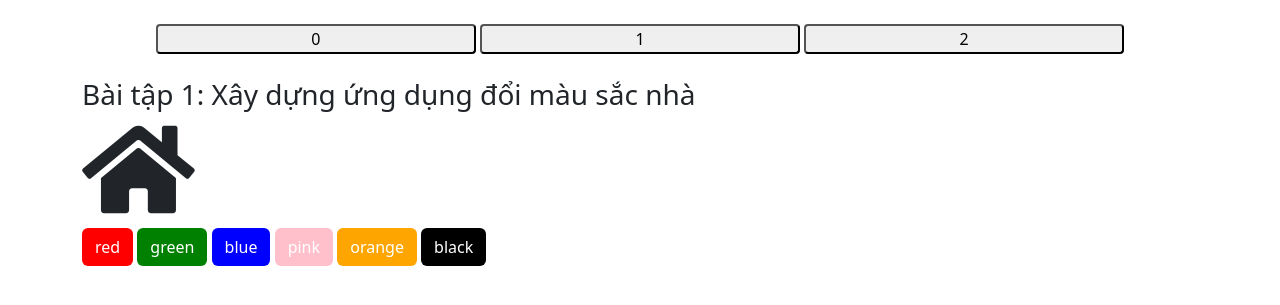
Repository: hcozyph/CyberSoft_Bai_Tap_Tren_Lop
Page: ES6/ES6_BASIC/index.html
The author's editor kept a copy of each file at every save. The page is drawn from the files as they stood at one save, then again after the next save.
The browser window is 1280 px wide. The pictures show the whole page.
After loading, the first visible `button.btn` was clicked once.
Some web libraries are served in a nearby version.

Above is the page before, as saved 2023-03-19 11:39:33.

### ES6/ES6_BASIC/index.html
<!DOCTYPE html>
<html lang="en">
    <head>
        <title>ES6-BASIC</title>
        <!-- Required meta tags -->
        <meta charset="utf-8" />
        <meta
            name="viewport"
            content="width=device-width, initial-scale=1, shrink-to-fit=no"
        />

        <link
            rel="stylesheet"
            href="https://use.fontawesome.com/releases/v5.1.1/css/all.css"
            integrity="sha384-O8whS3fhG2OnA5Kas0Y9l3cfpmYjapjI0E4theH4iuMD+pLhbf6JI0jIMfYcK3yZ"
            crossorigin="anonymous"
        />
        <!-- Bootstrap CSS v5.2.1 -->
        <link
            href="https://cdn.jsdelivr.net/npm/bootstrap@5.2.1/dist/css/bootstrap.min.css"
            rel="stylesheet"
            integrity="sha384-iYQeCzEYFbKjA/T2uDLTpkwGzCiq6soy8tYaI1GyVh/UjpbCx/TYkiZhlZB6+fzT"
            crossorigin="anonymous"
        />
    </head>

    <body>
        <div class="text-center my-4">
            <button class="w-25 rounded-1">0</button>
            <button class="w-25 rounded-1">1</button>
            <button class="w-25 rounded-1">2</button>
        </div>

        <div class="container">
            <h3>Bài tập 1: Xây dựng ứng dụng đổi màu sắc nhà</h3>
            <i class="fa fa-home" id="home" style="font-size: 100px"></i>

            <div id="colors" class="mt-2">
                <button class="btn text-white" style="background-color: red">
                    Red
                </button>
            </div>
        </div>

        <!-- Bootstrap JavaScript Libraries -->
        <script
            src="https://cdn.jsdelivr.net/npm/@popperjs/core@2.11.6/dist/umd/popper.min.js"
            integrity="sha384-oBqDVmMz9ATKxIep9tiCxS/Z9fNfEXiDAYTujMAeBAsjFuCZSmKbSSUnQlmh/jp3"
            crossorigin="anonymous"
        ></script>

        <script
            src="https://cdn.jsdelivr.net/npm/bootstrap@5.2.1/dist/js/bootstrap.min.js"
            integrity="sha384-7VPbUDkoPSGFnVtYi0QogXtr74QeVeeIs99Qfg5YCF+TidwNdjvaKZX19NZ/e6oz"
            crossorigin="anonymous"
        ></script>
        <script type="module" src="./index.js"></script>
    </body>
</html>

### ES6/ES6_BASIC/index.js
/*-------  Cơ chế khai báo biến ------ */

/*
PHẠM VI BIẾN
- var: Hỗ trợ cơ chế hoisting, nên phạm vi biến là toàn cục

- let:
    > KHÔNG hỗ trợ cơ chế hoisting khi khai báo biến trùng tên với nhau trên cùng một scope thì browser báo lỗi.
    > Khi khai báo let ở các scope khác nhau thi giá trị sẽ phân biệt.

- const: Tương tự let, tuy nhiên giá trị không được phép gán lại.

=>>> Dùng let thay thế cho var thì khai báo biến trong ES6
*/

// var arrButton = document.querySelectorAll('button');

// for (var index = 0; index < arrButton.length; index++) {
//     let btn = arrButton[index];
//     btn.onclick = function () {
//         alert(btn.innerHTML);
//     }
// }

/*------- HÀM -------*/

//----------declaration function ----- <Hỗ trợ hoisting>
function tenHam() {
    console.log('ten ham');
}

//-----------express function ----- <Không hỗ trợ hoisting>
var showMessage = function () {
    console.log('showMessage');
}


/*
------------- CONTEXT (ngữ cảnh this) ----------------

OBJECT: trong object thì this sẽ là object.

FUNCTION: trong function đối tượng nào thực thi phương thức thì this sẽ là đối tượng đó. Nói cách khác this trong function là function đó.

DEFAULT: this là window.(Khi ngữ cảnh trồng chéo nhau). Nếu mở tính năng module của thẻ script thì sẽ báo lỗi

*/
let hoTen = 'nguyen van teo';
console.log('width:', window.innerWidth);
console.log('title:', window.document.title);
console.log('name:', window.hoTen);


// var sinhvien = {
//     ma: 1,
//     ten: 'Phuoc',
//     hienThiThongTin: function () {
//         function hienThi() {
//             console.log(this.ma);
//             console.log(this.ten);
//         }
//         hienThi();
//     }
// }
// sinhvien.hienThiThongTin();


function Product() {
    this.id = '';
    this.name = '';
    this.showInfo = function () {
        console.log('id', this.id);
        console.log('name', this.name);
    };
}

var prd1 = new Product();
prd1.id = 1;
prd1.name = 'Product A';
prd1.showInfo();

var prd2 = new Product();
prd2.id = 2;
prd2.name = 'Product B';
prd2.showInfo();


/*----------- ARROW FUNCTION  ------------*/

/* Arrow function là cách khai báo hàm với cú pháp '=>'
    + Khai báo hàm ngắn gọn hơn:
        + Đối với hàm chỉ có 1 tham số thì sẽ không cẩn () cho tham số. VD: (title) => {} tương đương title => {}
        + Đối với hàm chỉ có 1 lệnh return thì sẽ không cần ghi chữ return và {}. Ví dụ (a,b)=> {return a+b;} tương đương (a,b) => a+b

    + Loại bỏ được ngữ cảnh (this)
    + Không dùng cho việc khai báo Prototype và cũng không hỗ trợ hoisting => dùng cho mục đích khai báo hàm( hàm không phụ thuộc vào prototype)
*/

var showInfoProduct = () => {
    console.log('Hello hcozyph bc43');
    console.log(this);
}
// var prd = new showInfoProduct();'

var sayHello = (name) => {
    return 'hello' + name;
}

var sayHelloArrow = name => `hello ${name}`;

/* -----------BÀI TẬP ----------------- */
let arrColors = ['red', 'green', 'blue', 'pink', 'orange', 'black'];


////Cách 1: tạo ra các button bằng DOM => append lên ui
// let renderButton = () => {
//     for (let index = 0; index < arrColors.length; index++) {
//         let color = arrColors[index];
//         //Tạo button
//         let btn = document.createElement('button');
//         btn.className = 'btn';
//         btn.style.background = color;
//         btn.innerHTML = color;
//         btn.onclick = function () {
//             document.getElementById('home').style.color = color;
//         }
//         document.getElementById('colors').appendChild(btn);
//     }
// }


////Cách 2:
let renderButton = (array) => {
    let htmlString = '';
    for (var index = 0; index < array.length; index++) {
        let color = array[index];
        htmlString += `
            <button class="btn text-white" style="background-color: ${color}" onclick="changeColor('${color}')">${color}</button>
        `
    }
    console.log(htmlString);
    document.querySelector('#colors').innerHTML = htmlString;
}
renderButton(arrColors);

window.changeColor = (color) => {
    console.log(color);
    // document.querySelector('#home').style.color = color;
}

After the next save:
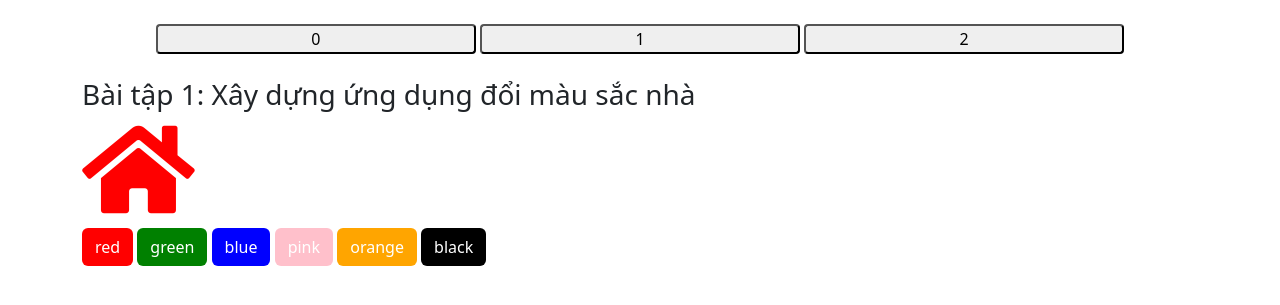
Saved 7 s later.
--- a/ES6/ES6_BASIC/index.js
+++ b/ES6/ES6_BASIC/index.js
@@ -144,6 +144,6 @@
 renderButton(arrColors);
 
 window.changeColor = (color) => {
-    console.log(color);
-    // document.querySelector('#home').style.color = color;
+    // console.log(color);
+    document.querySelector('#home').style.color = color;
 }
